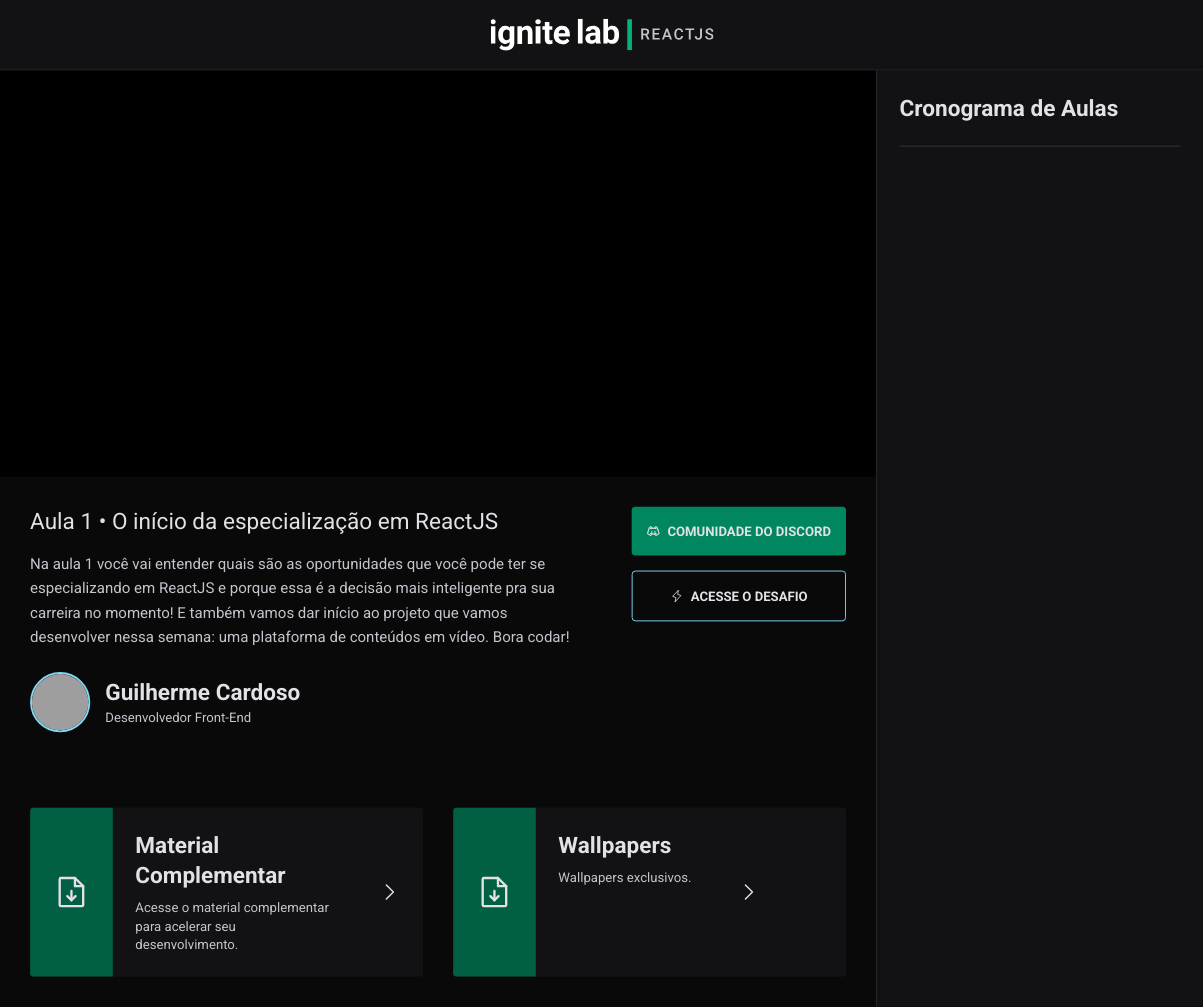
Repository: guilhermecardoso93/ignitelab
Page: /
The author's editor kept a copy of each file at every save. The page is drawn from the files as they stood at one save, then again after a run of saves.
The browser window is 1280 px wide. The pictures show the whole page, at 94% of full size.
Pictures or frames that could not be fetched are drawn as grey boxes. The page's requests for data from a server got no answer. The project was rebuilt for these pictures with package versions that can differ from the ones it lists, and the page was loaded fresh each time. No one was signed in, and anything a server would have sent is missing. Also part of the build but not shown: vite.config.ts, src/components/Lesson/index.tsx.

Above is the page before, as saved 2022-06-23 20:52:14.

### index.html
<!DOCTYPE html>
<html lang="en">
  <head>
    <meta charset="UTF-8" />
    <link rel="icon" type="image/svg+xml" href="/src/favicon.svg" />
    <link rel="preconnect" href="https://fonts.googleapis.com" />
    <link rel="preconnect" href="https://fonts.gstatic.com" crossorigin />
    <link
      href="https://fonts.googleapis.com/css2?family=Roboto:wght@400;500;700&display=swap"
      rel="stylesheet"
    />
    <meta name="viewport" content="width=device-width, initial-scale=1.0" />
    <title>Ignite Lab</title>
  </head>
  <body>
    <div id="root"></div>
    <script type="module" src="/src/main.tsx"></script>
  </body>
</html>

### src/main.tsx
import { ApolloProvider } from "@apollo/client";
import React from "react";
import ReactDOM from "react-dom/client";
import { App } from "./App";
import { client } from "./lib/apollo";

import "./styles/global.css";

ReactDOM.createRoot(document.getElementById("root")!).render(
  <React.StrictMode>
    <ApolloProvider client={client}>
      <App />
    </ApolloProvider>
  </React.StrictMode>
);

### src/App.tsx
import { Event } from "./pages/Event";

export function App() {
  return (
    <div>
      <Event />
    </div>
  );
}

### src/lib/apollo.ts
import { ApolloClient, InMemoryCache } from "@apollo/client";

export const client = new ApolloClient({
  uri: "https://api-sa-east-1.graphcms.com/v2/cl4orc0220r0201xnfce43eoi/master",
  cache: new InMemoryCache()
});

### src/pages/Event.tsx
import { Header } from "../components/Header";
import { Sidebar } from "../components/Sidebar";
import { Video } from "../components/Video";

export function Event() {
  return (
    <div className="flex flex-col min-h-screen">
      <Header />
      <main className="flex flex-1">
        <Video />
        <Sidebar />
      </main>
    </div>
  );
}

### src/components/Header/index.tsx
import { Logo } from "../Logo";

export function Header() {
  return (
    <header className='w-full py-5 flex items-center justify-center bg-gray-700 border-b border-gray-600'>
      <Logo/>
    </header>
  );
}

### src/components/Sidebar/index.tsx
import { gql, useQuery } from "@apollo/client";
import { Lesson } from "../Lesson";

const GET_LESSONS_QUERY = gql`
  query {
    lessons(orderBy: availableAt_ASC, stage: PUBLISHED) {
      id
      lessonType
      availableAt
      title
      slug
    }
  }
`;

interface GetLessonsQueryResponse {
  lessons: {
    id: string;
    title: string;
    slug: string;
    availableAt: string;
    lessonType: "live" | "class";
  }[];
}

export function Sidebar() {
  const { data } = useQuery<GetLessonsQueryResponse>(GET_LESSONS_QUERY);

  return (
    <aside className="w-[348px] bg-gray-700 p-6 border-l border-gray-600">
      <span className="font-bold text-2xl pb-6 mb-6 border-b border-gray-500 block">
        Cronograma de Aulas
      </span>

      <div className="flex flex-col gap-8">
        { data?.lessons.map( lesson => {
          return (
            <Lesson
            key={lesson.id}
            title={lesson.title}
            slug={lesson.slug}
            availableAt={new Date(lesson.availableAt)}
            type={lesson.lessonType}
          />
          )
        })}
      </div>
    </aside>
  );
}

### src/components/Video/index.tsx
import {
  CaretRight,
  DiscordLogo,
  FileArrowDown,
  Lightning
} from "phosphor-react";

export function Video() {
  return (
    <div className="flex-1 ">
      <div className="bg-black flex justify-center">
        <div className="h-full w-full max-w-[1100px] max-h-[60vh] aspect-video"></div>
      </div>

      <div className="p-8 max-w-[1100px] mx-auto">
        <div className="flex items-start gap-16">
          <div className="flex-1">
            <h1 className="text-2xl fot-bold">
              Aula 1 • O início da especialização em ReactJS
            </h1>
            <p className="mt-4 text-gray-200 leading-relaxed">
              Na aula 1 você vai entender quais são as oportunidades que você
              pode ter se especializando em ReactJS e porque essa é a decisão
              mais inteligente pra sua carreira no momento! E também vamos dar
              início ao projeto que vamos desenvolver nessa semana: uma
              plataforma de conteúdos em vídeo. Bora codar!
            </p>
            <div className="flex items-center gap-4 mt-6">
              <img
                src="https://github.com/guilhermecardoso93.png"
                alt=""
                className="h-16 w-16 rounded-full border-2 border-blue-500"
              />
              <div className="leading-relaxed">
                <strong className="font-bold text-2xl block">
                  Guilherme Cardoso
                </strong>
                <span className="text-gray-200 text-sm block">
                  Desenvolvedor Front-End
                </span>
              </div>
            </div>
          </div>

          <div className="flex flex-col gap-4">
            <a
              href="http://"
              className="p-4 text-sm bg-green-500 flex items-center rounded font-bold uppercase gap-2 justify-center hover:bg-green-700 transition-colors"
            >
              <DiscordLogo />
              comunidade do discord
            </a>
            <a
              href="http://"
              className="p-4 text-sm border border-blue-500 flex items-center rounded font-bold uppercase gap-2 justify-center hover:bg-blue-500 hover:text-gray-900 transition-colors"
            >
              <Lightning />
              Acesse o desafio
            </a>
          </div>
        </div>

        <div className="gap-8 mt-20 grid grid-cols-2">
          <a
            href=""
            className="bg-gray-700 rounded overflow-hidden flex items-stretch gap-6 hover:bg-gray-600 transition-colors"
          >
            <div className="bg-green-700 h-full p-6 flex items-center">
              <FileArrowDown size={40} />
            </div>
            <div className="py-6 leading-relaxed">
              <strong className="text-2xl">Material Complementar</strong>
              <p className="text-sm text-gray-200 mt-2">
                Acesse o material complementar para acelerar seu
                desenvolvimento.
              </p>
            </div>
            <div className="h-full p-6 flex items-center">
              <CaretRight size={24} />
            </div>
          </a>
          <a
            href=""
            className="bg-gray-700 rounded overflow-hidden flex items-stretch gap-6 hover:bg-gray-600 transition-colors"
          >
            <div className="bg-green-700 h-full p-6 flex items-center">
              <FileArrowDown size={40} />
            </div>
            <div className="py-6 leading-relaxed">
              <strong className="text-2xl">Wallpapers</strong>
              <p className="text-sm text-gray-200 mt-2">
                Wallpapers exclusivos.
              </p>
            </div>
            <div className="h-full p-6 flex items-center">
              <CaretRight size={24} />
            </div>
          </a>
        </div>
      </div>
    </div>
  );
}

### src/components/Logo/index.tsx
export function Logo() {
  return (
    <svg
      xmlns="http://www.w3.org/2000/svg"
      width="237"
      height="34"
      fill="none"
      viewBox="0 0 237 34"
    >
      <path
        fill="#fff"
        d="M.002 3.112a2.49 2.49 0 01.165-.987c.12-.314.304-.595.535-.83A2.906 2.906 0 012.615.572c.698 0 1.374.257 1.912.723.23.24.412.524.536.837a2.701 2.701 0 010 1.979 2.568 2.568 0 01-.536.837 2.889 2.889 0 01-1.907.723 2.901 2.901 0 01-1.908-.723 2.458 2.458 0 01-.538-.84 2.645 2.645 0 01-.172-.996zm4.96 23.146H.273V7.862h4.689v18.397zM8.012 16.973c0-2.853.686-5.145 2.055-6.883a6.653 6.653 0 015.528-2.606 5.869 5.869 0 014.802 2.09l.2-1.751h4.538v17.95a7.891 7.891 0 01-1.12 4.246 7.243 7.243 0 01-3.147 2.752 11.155 11.155 0 01-4.742.94c-1.378 0-2.74-.279-4.008-.812a7.08 7.08 0 01-2.946-2.11l2.208-3.02a5.905 5.905 0 004.543 2.08 4.356 4.356 0 003.104-1.059 3.938 3.938 0 001.103-2.993v-.994a5.775 5.775 0 01-4.555 1.935 6.647 6.647 0 01-3.05-.652 6.615 6.615 0 01-2.408-1.967c-1.397-1.752-2.085-4.089-2.085-6.942v-.21h-.025l.005.006zm4.997.355a6.723 6.723 0 001.026 3.956 3.233 3.233 0 002.799 1.443c.651.045 1.3-.088 1.878-.39a3.52 3.52 0 001.396-1.305v-7.825a3.448 3.448 0 00-1.374-1.305 3.504 3.504 0 00-1.86-.39 3.28 3.28 0 00-1.61.365 3.22 3.22 0 00-1.219 1.103c-.688.975-1.036 2.418-1.036 4.348zM33.098 7.833l.158 2.196a6.527 6.527 0 012.371-1.927 6.38 6.38 0 012.971-.62c1.97 0 3.438.597 4.39 1.79.953 1.194 1.456 2.936 1.486 5.293v12.249h-4.962V14.683a3.367 3.367 0 00-.684-2.344 3.086 3.086 0 00-1.069-.598 3.008 3.008 0 00-1.211-.13 3.349 3.349 0 00-1.821.454c-.553.32-1.01.794-1.313 1.367v13.37H28.45V7.845l4.647-.012zM47.512 3.112a2.304 2.304 0 01.185-.988 2.42 2.42 0 01.59-.831A3.439 3.439 0 0150.404.57c.772 0 1.52.256 2.117.723.508.486.792 1.142.792 1.826 0 .683-.284 1.34-.792 1.826a3.417 3.417 0 01-2.11.723c-.77 0-1.517-.257-2.11-.723a2.47 2.47 0 01-.594-.839 2.342 2.342 0 01-.19-.994h-.005zm5.483 23.149h-5.18V7.86h5.18v18.4zM62.454 3.334v4.612h3.107v3.677h-3.107v9.382c-.05.53.091 1.063.395 1.495a1.824 1.824 0 001.473.45c.476.002.95-.035 1.421-.114v3.803a9.672 9.672 0 01-2.939.449c-3.398 0-5.128-1.775-5.19-5.32V11.644h-2.642V7.968h2.643V3.356h4.841v-.025l-.002.003zM76.487 27.08a9.277 9.277 0 01-6.759-2.55c-1.74-1.699-2.605-3.957-2.605-6.797v-.494a11.295 11.295 0 011.098-5.08 8.141 8.141 0 013.111-3.465 8.72 8.72 0 014.59-1.22c2.577 0 4.62.815 6.098 2.449 1.478 1.633 2.226 3.94 2.226 6.929v2.055h-12.01a4.665 4.665 0 001.473 2.971 4.487 4.487 0 003.111 1.111 5.426 5.426 0 004.548-2.115l2.476 2.781a7.506 7.506 0 01-3.07 2.507 9.81 9.81 0 01-4.287.916v.002zm-.594-15.514a3.127 3.127 0 00-2.428 1.012 5.405 5.405 0 00-1.188 2.912h7.006v-.405a3.749 3.749 0 00-.908-2.608 3.252 3.252 0 00-2.45-.908h-.03l-.002-.003zM97.771 26.259h-4.957V0h4.957V26.26zM112.209 26.259c-.227-.444-.392-.997-.496-1.659-1.196 1.333-2.751 2.002-4.666 2.002-1.811 0-3.314-.523-4.504-1.572-1.191-1.049-1.786-2.372-1.786-3.966 0-1.96.725-3.464 2.179-4.513 1.453-1.049 3.553-1.58 6.3-1.59h2.273v-1.06c0-.854-.22-1.54-.659-2.051-.44-.513-1.131-.77-2.078-.77-.832 0-1.486.2-1.957.6-.474.4-.708.945-.708 1.64h-4.941c0-1.07.331-2.062.992-2.973.662-.91 1.597-1.626 2.804-2.144 1.206-.518 2.564-.778 4.069-.778 2.28 0 4.089.573 5.429 1.718 1.34 1.145 2.009 2.756 2.009 4.83v8.017c.012 1.754.256 3.082.735 3.983v.29h-4.992l-.003-.004zm-4.086-3.435c.728 0 1.402-.163 2.016-.486.614-.326 1.071-.76 1.367-1.308v-3.181h-1.846c-2.472 0-3.79.854-3.948 2.564l-.017.291c0 .614.217 1.123.649 1.523.434.4 1.026.6 1.779.6v-.003zM136.58 17.183c0 2.963-.632 5.273-1.898 6.931-1.265 1.659-3.032 2.488-5.3 2.488-2.006 0-3.608-.77-4.805-2.308l-.222 1.967h-4.444V.001h4.94v9.418c1.14-1.332 2.638-2 4.496-2 2.256 0 4.025.828 5.308 2.487 1.283 1.658 1.923 3.992 1.923 7v.274l.002.003zm-4.94-.358c0-1.868-.296-3.233-.889-4.094-.592-.861-1.475-1.29-2.65-1.29-1.572 0-2.655.643-3.247 1.932v7.299c.604 1.298 1.697 1.95 3.282 1.95 1.584 0 2.643-.788 3.146-2.36.239-.752.358-1.897.358-3.437z"
      ></path>
      <path
        fill="#C4C4CC"
        d="M164.51 17.501h-2.283v4.53h-2.048v-11.78h4.143c1.36 0 2.408.306 3.149.915.74.61 1.108 1.493 1.108 2.648 0 .787-.19 1.449-.57 1.98-.38.532-.911.94-1.59 1.226l2.646 4.906v.106h-2.194l-2.364-4.531h.003zm-2.283-1.65h2.105c.691 0 1.229-.176 1.619-.524.39-.348.582-.824.582-1.429 0-.604-.18-1.12-.538-1.466-.358-.345-.893-.523-1.606-.533h-2.162V15.85zM179.066 16.773h-4.839v3.625h5.656v1.634h-7.704V10.25h7.648v1.65h-5.6v3.253h4.839v1.62zM189.803 19.29h-4.565l-.955 2.744h-2.127l4.452-11.783h1.836l4.459 11.783h-2.137l-.963-2.744zm-3.99-1.65h3.415l-1.707-4.89-1.708 4.89zM204.716 18.197c-.119 1.256-.583 2.238-1.392 2.941-.81.703-1.885 1.056-3.228 1.056-.938 0-1.764-.222-2.48-.668-.715-.445-1.266-1.079-1.656-1.898-.387-.82-.589-1.772-.607-2.858v-1.1c0-1.11.198-2.09.59-2.937.392-.846.96-1.5 1.695-1.96.736-.458 1.587-.688 2.554-.688 1.301 0 2.347.353 3.139 1.057.792.703 1.254 1.7 1.385 2.99h-2.039c-.096-.846-.343-1.458-.74-1.833-.397-.375-.977-.563-1.745-.563-.89 0-1.574.326-2.05.977-.479.652-.721 1.605-.733 2.863v1.044c0 1.273.227 2.245.683 2.917.457.668 1.123 1.004 2.004 1.004.805 0 1.409-.18 1.814-.543.405-.363.661-.962.77-1.804h2.038l-.002.003zM216.481 11.902h-3.674v10.132h-2.031V11.902h-3.642V10.25h9.347v1.65zM222.759 10.251h2.039v8.262c0 1.127-.353 2.023-1.057 2.687-.703.664-1.633.995-2.788.995-1.229 0-2.179-.311-2.848-.93-.669-.62-1.004-1.484-1.004-2.59h2.038c0 .627.156 1.096.467 1.412.31.316.76.474 1.347.474.55 0 .989-.183 1.315-.545.326-.366.489-.867.489-1.51V10.25h.002zM234.952 18.999c0-.518-.183-.918-.545-1.197-.363-.279-1.022-.563-1.972-.849-.95-.286-1.705-.604-2.265-.955-1.074-.674-1.612-1.555-1.612-2.638 0-.95.388-1.732 1.163-2.347.774-.614 1.779-.922 3.015-.922.819 0 1.55.15 2.194.454a3.597 3.597 0 011.513 1.29c.367.558.55 1.177.55 1.858h-2.038c0-.614-.193-1.095-.578-1.443-.385-.348-.938-.524-1.656-.524-.668 0-1.189.144-1.557.43-.37.286-.555.686-.555 1.197 0 .432.2.792.6 1.08.399.29 1.056.57 1.974.842.918.271 1.653.582 2.208.93.556.348.963.748 1.222 1.197.259.452.387.977.387 1.582 0 .982-.375 1.762-1.127 2.342-.753.58-1.775.87-3.063.87a5.755 5.755 0 01-2.352-.473c-.715-.316-1.27-.75-1.668-1.308-.397-.555-.594-1.204-.594-1.942h2.048c0 .669.222 1.187.664 1.555.441.367 1.075.55 1.902.55.713 0 1.246-.143 1.607-.432.357-.288.538-.671.538-1.145l-.003-.002z"
      ></path>
      <path fill="#00B37E" d="M150.271 33.146h-4.958V.57h4.958v32.576z"></path>
    </svg>
  );
}

### tailwind.config.js
/** @type {import('tailwindcss').Config} */
module.exports = {
  content: ["./src/**/*.tsx"],
  theme: {
    extend: {
      fontFamily: {
        sans: "Roboto, sans-serif"
      },
      colors: {
        green: {
          300: "#00B37E",
          500: "#00875F",
          700: "#015F43"
        },
        blue: {
          500: "#81D8F7"
        },
        orange: {
          500: "#FBA94C"
        },
        red: {
          500: "#F75A68"
        },
        gray: {
          100: "#E1E1E6",
          200: "#C4C4CC",
          300: "#8D8D99",
          500: "#323238",
          600: "#29292E",
          700: "#121214",
          900: "#09090A"
        }
      }
    }
  },
  plugins: []
};

Loaded but not shown: src/styles/global.css (common file)

After the next 2 saves:
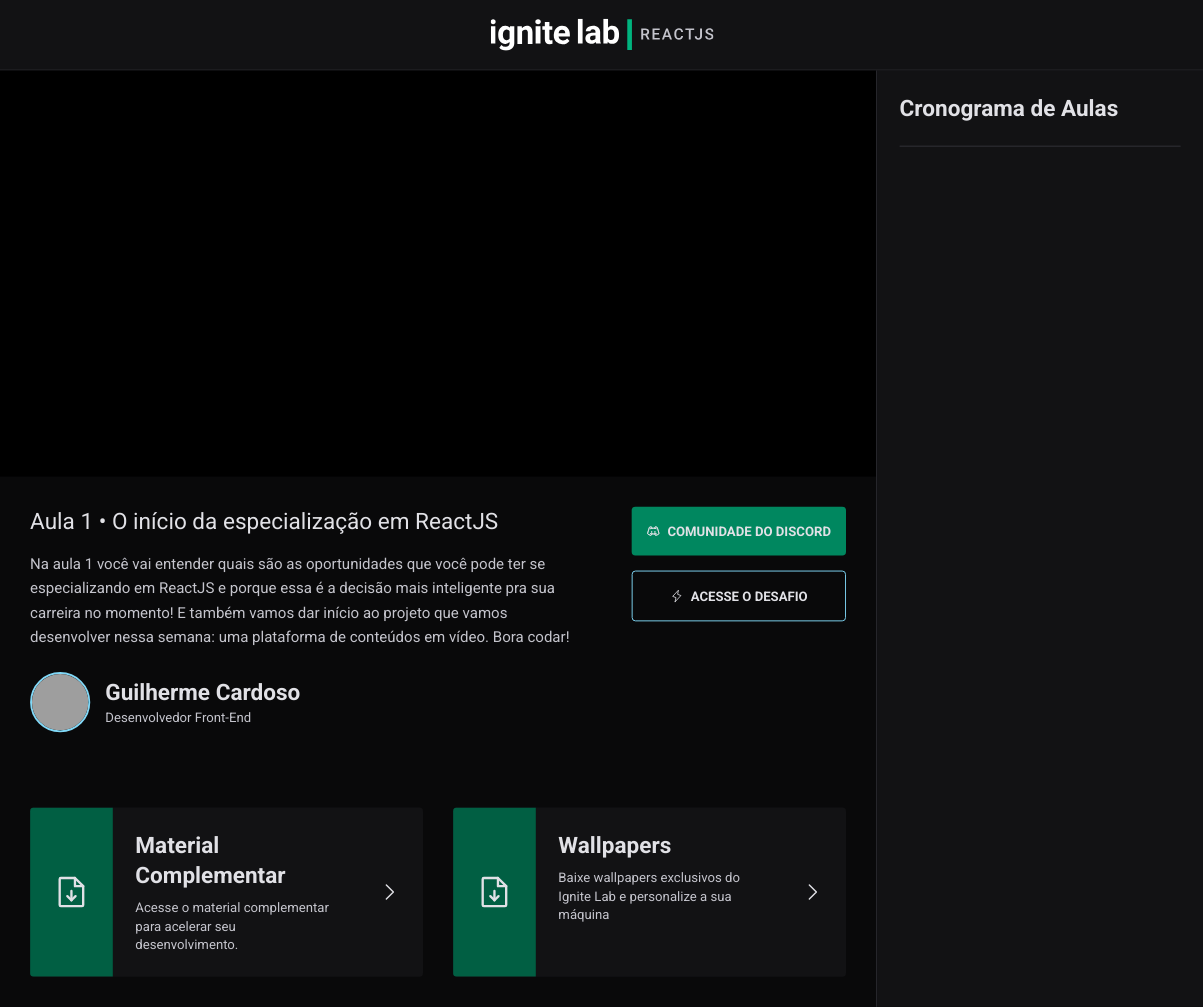
The 2 saves are shown as one change because they came seconds apart.
The last was saved 5 min 12 s later.
--- a/src/components/Video/index.tsx
+++ b/src/components/Video/index.tsx
@@ -89,7 +89,8 @@
             <div className="py-6 leading-relaxed">
               <strong className="text-2xl">Wallpapers</strong>
               <p className="text-sm text-gray-200 mt-2">
-                Wallpapers exclusivos.
+                Baixe wallpapers exclusivos do Ignite Lab e personalize a sua
+                máquina
               </p>
             </div>
             <div className="h-full p-6 flex items-center">
